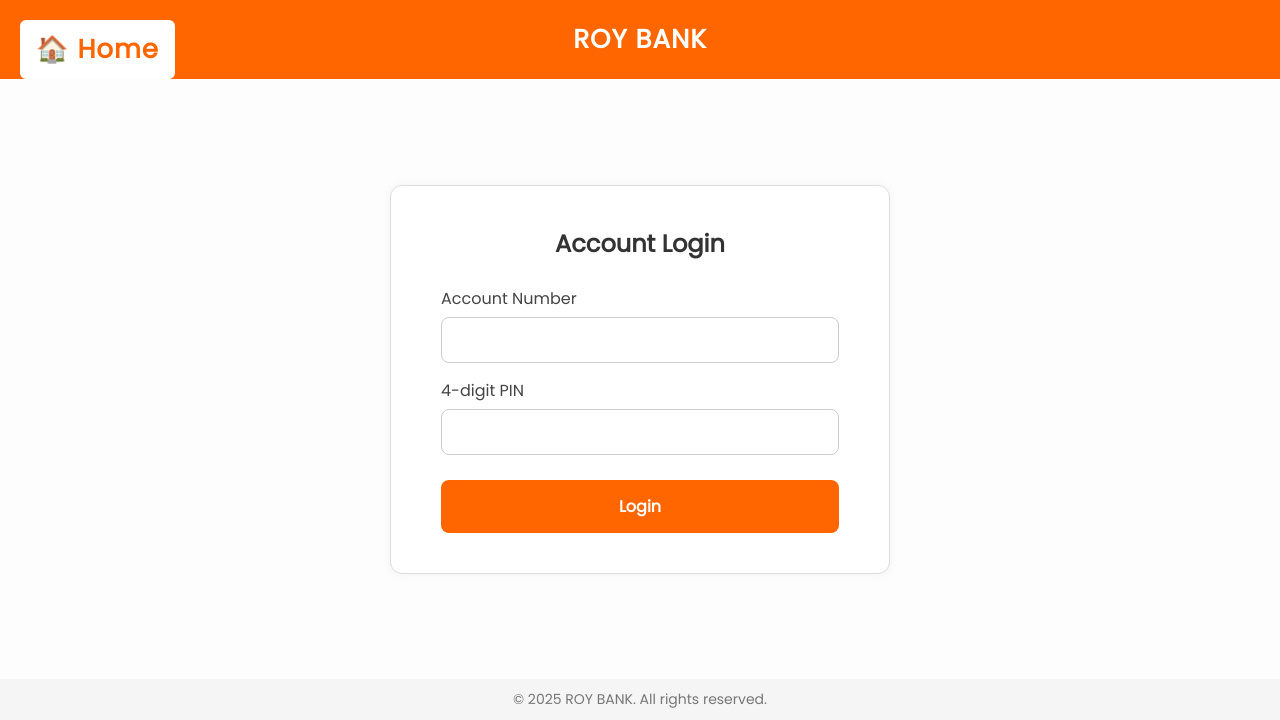
Repository: SAYAN-Rk/BankWebApp
Page: http://localhost/BankWebApp/login.jsp
The author's editor kept a copy of each file at every save. The page is drawn from the files as they stood at one save, then again after the next save.
The browser window is 1280 px wide. The pictures show the whole page.
The page is served by Tomcat 10.

Above is the page before, as saved 2025-07-05 18:10:36.

After the next save:
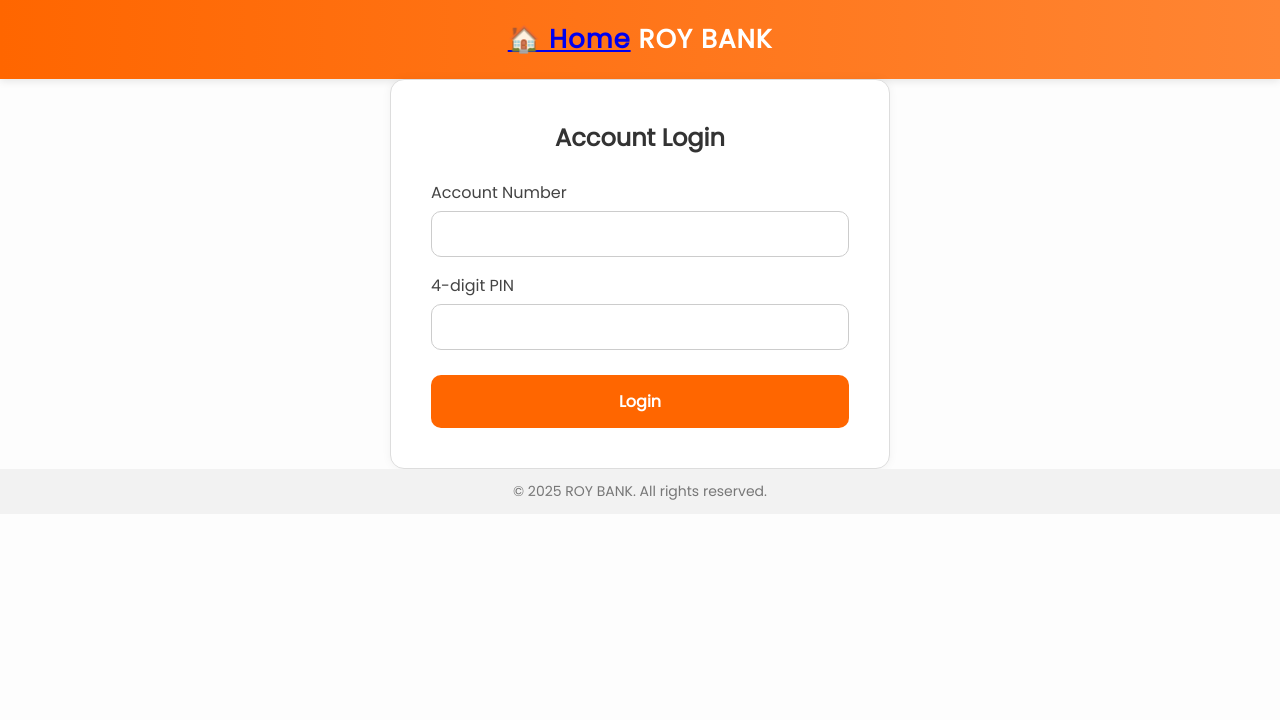
Saved 116 s later.
--- a/BankWebApp/src/main/webapp/login.jsp
+++ b/BankWebApp/src/main/webapp/login.jsp
@@ -5,131 +5,8 @@
     <meta charset="UTF-8">
     <title>Login | ROY BANK</title>
     <link href="https://fonts.googleapis.com/css2?family=Poppins&display=swap" rel="stylesheet">
-    <style>
-        * {
-            box-sizing: border-box;
-            font-family: 'Poppins', sans-serif;
-            margin: 0;
-            padding: 0;
-        }
-
-        body {
-            background-color: #fdfdfd;
-            display: flex;
-            flex-direction: column;
-            min-height: 100vh;
-        }
-
-        header {
-            background-color: #ff6600;
-            color: white;
-            padding: 20px;
-            text-align: center;
-            font-size: 26px;
-            font-weight: bold;
-            letter-spacing: 1px;
-            position: relative;
-        }
-
-        .home-btn {
-            position: absolute;
-            left: 20px;
-            top: 20px;
-            background-color: #ffffff;
-            color: #ff6600;
-            text-decoration: none;
-            padding: 8px 14px;
-            border-radius: 6px;
-            font-weight: bold;
-            border: 2px solid #fff;
-            transition: background-color 0.3s, color 0.3s;
-        }
-
-        .home-btn:hover {
-            background-color: white;
-            color: #e65c00;
-        }
-
-        main {
-            flex: 1;
-            display: flex;
-            justify-content: center;
-            align-items: center;
-            padding: 40px 0;
-        }
-
-        .form-container {
-            background: white;
-            border: 1px solid #ddd;
-            padding: 40px 50px;
-            border-radius: 12px;
-            width: 100%;
-            max-width: 500px;
-            box-shadow: 0 0 10px rgba(0,0,0,0.05);
-        }
-
-        h2 {
-            text-align: center;
-            margin-bottom: 25px;
-            color: #333;
-        }
-
-        label {
-            display: block;
-            margin-top: 15px;
-            font-weight: 500;
-            color: #444;
-        }
-
-        input[type="text"],
-        input[type="password"] {
-            width: 100%;
-            padding: 12px;
-            margin-top: 6px;
-            border: 1px solid #ccc;
-            border-radius: 8px;
-            transition: border-color 0.3s;
-        }
-
-        input:focus {
-            border-color: #ff6600;
-            outline: none;
-        }
-
-        input[type="submit"] {
-            background-color: #ff6600;
-            color: white;
-            border: none;
-            padding: 14px;
-            margin-top: 25px;
-            border-radius: 8px;
-            width: 100%;
-            cursor: pointer;
-            font-size: 16px;
-            font-weight: 600;
-            transition: background-color 0.3s;
-        }
-
-        input[type="submit"]:hover {
-            background-color: #e65c00;
-        }
-
-        .message {
-            margin-top: 20px;
-            color: red;
-            font-weight: bold;
-            text-align: center;
-        }
-
-        footer {
-            text-align: center;
-            padding: 10px;
-            background-color: #f5f5f5;
-            font-size: 14px;
-            color: #777;
-        }
-    </style>
-</head>
+    <link rel="stylesheet" href="style.css">
+    </head>
 <body>
 
     <header>
